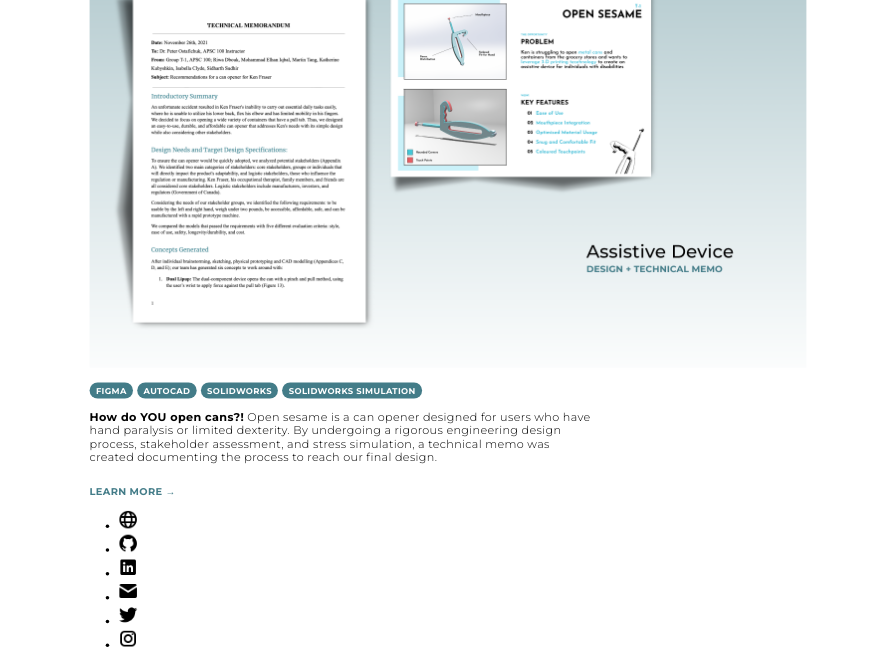
Repository: TangMartin/martintang
Page: index.html
The author's editor kept a copy of each file at every save. The page is drawn from the files as they stood at one save, then again after the next save.
The browser window is 1280 px wide. The pictures show the part of the page from y = 3266 to 5186 px (the page is 4213 px tall before and 5186 px after), at 70% of full size.

Above is the page before, as saved 2021-11-30 22:10:22.

### index.html
<!DOCTYPE html>

<html>
    <head>
        <link href="./styles/style.css" rel="stylesheet">
        <link rel="preconnect" href="https://fonts.googleapis.com">
        <link rel="preconnect" href="https://fonts.gstatic.com" crossorigin>
        <link href="https://fonts.googleapis.com/css2?family=Montserrat:wght@300;500;700&display=swap" rel="stylesheet">
        <meta name="viewport" content="width=device-width, initial-scale=1.0">
        <link rel="icon" type"image/x-icon" href="./assets/images/Favicon.png">
        <title> Martin Tang</title>
    </head>

    <body>
        <!-- Main Page-->
        <div class="flex-main">
            <!-- Left Box-->
            <div class="flex-left">
                <h1 class="fade-in1">Hello! <span class="wave" style="margin-left: 4%;">👋🏻</span> </h1>
                <h1 class="fade-in2">I'm Martin Tang</h1>
                <hr style="height:5px; width:15%; margin-left:0; background-color:#222020; display: inline-block">
                <h3 class="fade-in3">I'm a <strong>developer</strong> who believes in leveraging technology to build more inclusive, ethical and innovative softwares. </h3>
                <h3 class="fade-in3">I strive to create genuine relationships and values for both businesses, organizations, and users.</h3>
            </div>
            <!-- Right Box -->
            <div id="phone" class="flex-right">
                <div class="image-stack">
                    <a style="grid-column: 8; grid-row: 10; cursor: pointer; --turn-radius: 12deg; cursor: pointer;" href="./Martin_Tang_Resume.pdf" target="_blank">
                        <img src="./assets/polaroids/Resume.png"/>
                    </a>
                    <img style="grid-column: 3; grid-row: 1; --turn-radius: -12deg;" src="./assets/polaroids/Apsc100.png" />
                    <img style="grid-column: 1; grid-row: 7; --turn-radius: -12deg;" src="./assets/polaroids/Sunset.png" />
                    <img style="grid-column: 7; grid-row: 5; --turn-radius: 15deg;" src="./assets/polaroids/Hongkongpng.png" />
                    <a style="grid-column: 3; grid-row: 12; --turn-radius: -12deg; cursor: pointer;" href="#featuredwork">
                        <img src="./assets/polaroids/Aboutme.png" />
                    </a>
                    <img style="grid-column: 4; grid-row: 5; --turn-radius: -4deg;"src="./assets/polaroids/Jetski.png" />
                    <a style="grid-column: 5; grid-row: 9; --turn-radius: 10deg; cursor: pointer;" href="./pages/aboutme.html">
                        <img src="./assets/polaroids/Projects.png"/>
                    </a>
                </div>
            </div>
        </div>

         <!-- Featured Work -->
        <div class="featured_work" id="featuredwork">
            <h1 style="text-align: center; padding-top: 5rem;"> Featured Work </h1>
            <ul class="work_list">

                <!-- Umami -->
                <li class="work_item" style="--work-color: #447551;">
                    <h1><span class="highlight" style="--highlighter-color: #44755154;">Umami</span></h1>
                    <hr style="height:2.5px; width:50%; margin-left:0; background-color:#222020; display: inline-block; margin">
                    <img class="work_image" src="./assets/images/Umami.png" />
                    <div class="technologies">
                        <p>FASTAPI</p>
                        <p>REACT NATIVE</p>
                        <p>REDUX-SAGA</p>
                        <p>MySQL</p>
                        <p>DOCKER</p>
                        <p>PYTHON</p>
                    </div>
                    <p class="work_description">
                        <strong>IN PROGRESS!</strong> - A mobile application and website for users to search for recipes based on ingredients 🥑 The application allows user to create an account, view recipes scraped from the web, and be apart of a community full of hungry college students OR self-proclaimed chefs.
                    </p>
                    <h3> LEARN MORE → </h3>
                </li>

                <!-- Personal Website -->
                <li class="work_item" style="--work-color: #62AAD5;">
                    <h1><span class="highlight" style="--highlighter-color: #a5cde4b6;">Martintang</span></h1>
                    <hr style="height:2.5px; width:50%; margin-left:0; background-color:#222020; display: inline-block">
                    <img class="work_image" src="./assets/images/Personalwebsite.png" />
                    <div class="technologies">
                        <p>JAVASCRIPT</p>
                        <p>FIGMA</p>
                        <p>HTML</p>
                        <p>CSS</p>
                    </div>
                    <p class="work_description">
                        <strong>Welcome to my website!</strong> This is my little digital journal where I share my experiences and the things I have learned from various opportunities! In a world that's always hustling, it helps me stay present and reflect on how much I've grown and achieved over the years.
                    </p>
                    <h3> LEARN MORE → </h3>
                </li>

                <!-- Assistive Device -->
                <li class="work_item" style="--work-color: #437C88;">
                    <h1><span class="highlight" style="--highlighter-color: #437c8852;">Open Sesame</span></h1>
                    <hr style="height:2.5px; width:50%; margin-left:0; background-color:#222020; display: inline-block">
                    <img class="work_image" src="./assets/images/Assistivedevice.png" />
                    <div class="technologies">
                        <p>FIGMA</p>
                        <p>AUTOCAD</p>
                        <p>SOLIDWORKS</p>
                        <p>SOLIDWORKS SIMULATION</p>
                    </div>
                    <p class="work_description">
                        <strong>How do YOU open cans?!</strong> Open sesame is a can opener designed for users who have hand paralysis or limited dexterity. By undergoing a rigorous engineering design process, stakeholder assessment, and stress simulation, a technical memo was created documenting the process to reach our final design.
                    </p>
                    <h3> LEARN MORE → </h3>
                </li>
            </ul>

            <!-- Footer -->
            <footer>
                <div>
                    <ul>
                        <li><a href="https://martintang.xyz"><img src="./assets/footericons/Website.png" height="30px"></a></li>
                        <li><a href="https://github.com/TangMartin" target="_blank"><img src="./assets/footericons/Github.png" height="30px"></a></li>
                        <li><a href="https://linkedin.com/in/martin-txng" target="_blank"><img src="./assets/footericons/Linkedin.png" height="30px"></a></li>
                        <li><a href="mailto:martintxng@gmail.com" target="_blank"><img src="./assets/footericons/Mail.png" height="30px"></a></li>
                        <li><a href="mailto:martintxng@gmail.com target="_blank""><img src="./assets/footericons/Twitter.png" height="30px"></a></li>
                        <li><a href="https://www.instagram.com/martintxng" target="_blank"><img src="./assets/footericons/Instagram.png" height="30px"></a></li>
                    </ul>
                </div>
            </footer>
        </div>
    </body>
</html>

### styles/style.css
:root {
    --highlighter-color: #EEDF5B;
    --work-color: #1cca73;
    --turn-radius: 6deg;
}

html{
    scroll-behavior: smooth;
}
body {
    max-width: 70rem;
    margin-right: auto;
    margin-left: auto;
    width: 80vw;
    padding-top: 2rem;
}

body,
h1,
h2,
h3,
h4,
h5 {
  font-family: 'Montserrat', sans-serif;
  letter-spacing: 0.5px;
}

h3 {
    margin-top: 10px;
    color: #222020;
    font-size: 20px;
    font-weight: 300;
}

/* MAIN PAGE */
.flex-main {
    display: flex;
    flex-direction: row;
}
.flex-main h1 {
    display: flex;
    flex-direction: row;
    font-size: 50px;
    margin: 5px 0px 10px 0px;
}

.flex-left {
    width: 40%;
    padding-top: 23%;
    padding-bottom: 2%;
}
.flex-right {
    width: 60%;
}
.image-stack{
    display: grid;
    grid-template-columns: repeat(12, 55px);
    grid-template-rows: repeat(19, 48px);
    padding-left: 10%;

}
.image-stack img {
    transition: all 0.3s ease-in-out 0s;
}
.image-stack img:hover {
    transform: rotate(var(--turn-radius));
    transition: all 0.3s ease-in-out 0s;
}

.wave {
    animation-name: wave-animation;
    animation-duration: 2.5s;
    animation-iteration-count: infinite;
    transform-origin: 70% 70%;
    display: inline-block;
  }

  @keyframes wave-animation {
      0% { transform: rotate( 0.0deg) }
     10% { transform: rotate(14.0deg) }  /* The following five values can be played with to make the waving more or less extreme */
     20% { transform: rotate(-8.0deg) }
     30% { transform: rotate(14.0deg) }
     40% { transform: rotate(-4.0deg) }
     50% { transform: rotate(10.0deg) }
     60% { transform: rotate( 0.0deg) }  /* Reset for the last half to pause */
    100% { transform: rotate( 0.0deg) }
  }
.fade-in1 {
    opacity: 0;
	animation: fadeIn;
    animation-duration: 2s;
    animation-fill-mode: forwards;
}
.fade-in2 {
    opacity: 0;
	animation: fadeIn;
    animation-duration: 2s;
    animation-delay: 1s;
    animation-fill-mode: forwards;
}
.fade-in3 {
    opacity: 0;
	animation: fadeIn;
    animation-duration: 3s;
    animation-delay: 1.5s;
    animation-fill-mode: forwards;
}
@keyframes fadeIn {
  from {
  	opacity: 0;
  }
  to {
 	opacity: 1;
  }
}

/* FEATUERED WORK */
.featured_work {
    margin-top: -5%;
}
.featured_work h1 {
    font-size: 40px;
}
.work_list {
    list-style: none;
    padding-left: 0;
}
.work_item {
    margin-top: 4rem;
}
.work_item h1{
    margin-bottom: 1%;
}
.work_item h3{
    margin-top: 3%;
    font-weight: bold;
    font-size: 14px;
    color: var(--work-color);
}
.work_image {
    max-width: 100%;
}
.work_description {
    margin-top: 5px;
    font-weight: 350;
    width: 70%;
}
.highlight {
    background: linear-gradient(180deg, #FFFFFF 65%, var(--highlighter-color) 65%);
    font-weight: 400;
}
.technologies {
    margin-top: 5px;
    display: flex;
    flex-direction:row;
    color: var(--work-color);
}
.technologies p {
    font-size: 12px;
    margin-right: 6px;
    color: #FFFFFF;
    font-weight: 600;
    border-radius:20px;
    padding: 4px 9px 4px 9px;
    background: var(--work-color);
}
/* ABOUT ME */
.aboutme_image {
    max-width: auto;
    height: 100%;
    justify-content: center;
    opacity: 0;
	animation: fadeIn;
    animation-duration: 2s;
    animation-fill-mode: forwards;
}
.flexabout-left {
    width: 30%;
    padding-bottom: 2%;
    display: flex;
    justify-content: center;
}
.flexabout-right{
    width: 70%;
    padding-bottom: 2%;
    padding-left: 2rem;
}
.flexabout-right a{
    font-weight: bold;
}

After the next save:
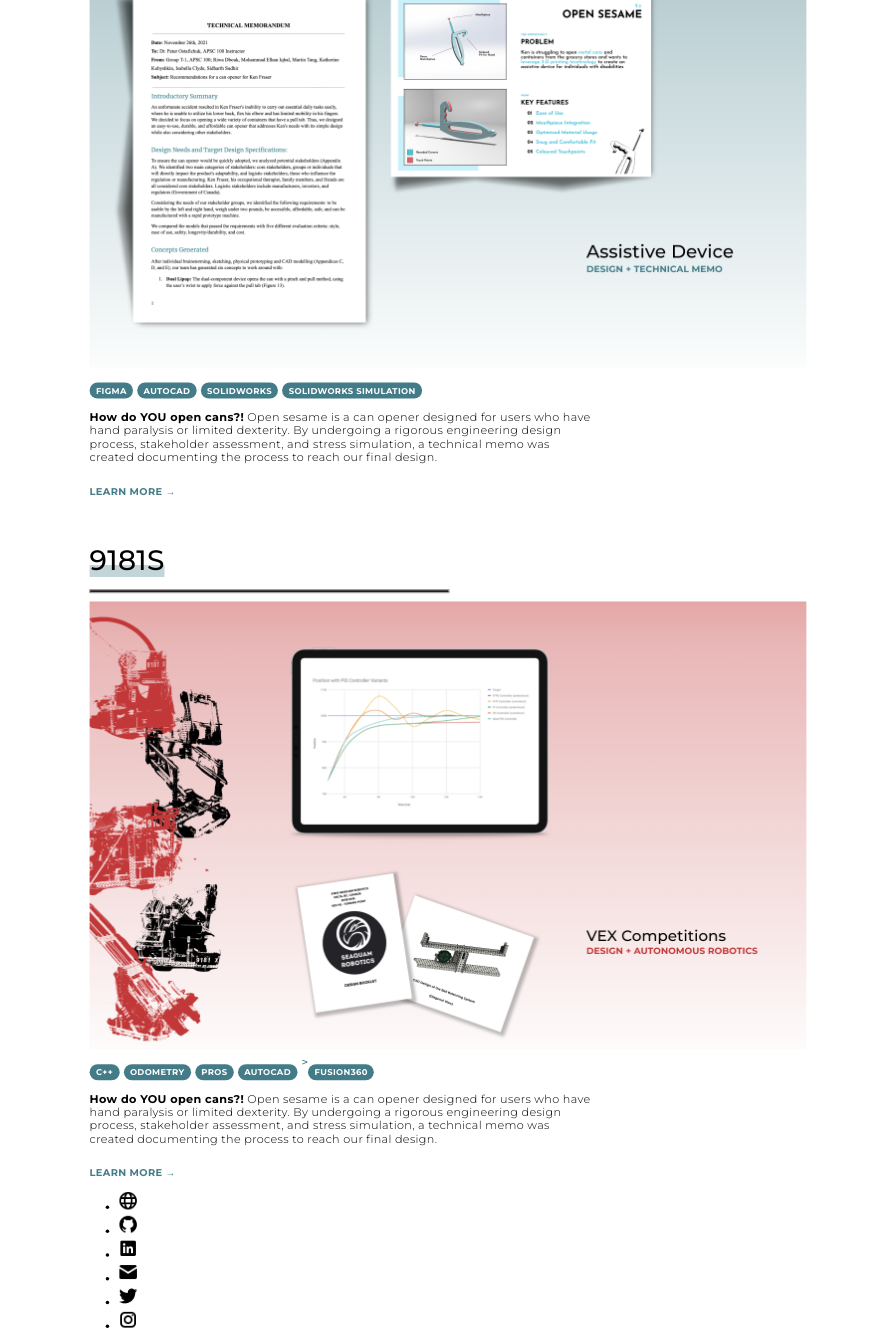
Saved 77 min 31 s later.
--- a/index.html
+++ b/index.html
@@ -99,6 +99,24 @@
                     </p>
                     <h3> LEARN MORE → </h3>
                 </li>
+
+                <!-- VEX Robotics -->
+                <li class="work_item" style="--work-color: #437C88;">
+                    <h1><span class="highlight" style="--highlighter-color: #437c8852;">9181S</span></h1>
+                    <hr style="height:2.5px; width:50%; margin-left:0; background-color:#222020; display: inline-block">
+                    <img class="work_image" src="./assets/images/Robotics.png" />
+                    <div class="technologies">
+                        <p>C++</p>
+                        <p>ODOMETRY</p>
+                        <p>PROS</p>
+                        <p>AUTOCAD</p>>
+                        <p>FUSION360</p>
+                    </div>
+                    <p class="work_description">
+                        <strong>How do YOU open cans?!</strong> Open sesame is a can opener designed for users who have hand paralysis or limited dexterity. By undergoing a rigorous engineering design process, stakeholder assessment, and stress simulation, a technical memo was created documenting the process to reach our final design.
+                    </p>
+                    <h3> LEARN MORE → </h3>
+                </li>
             </ul>
 
             <!-- Footer -->
